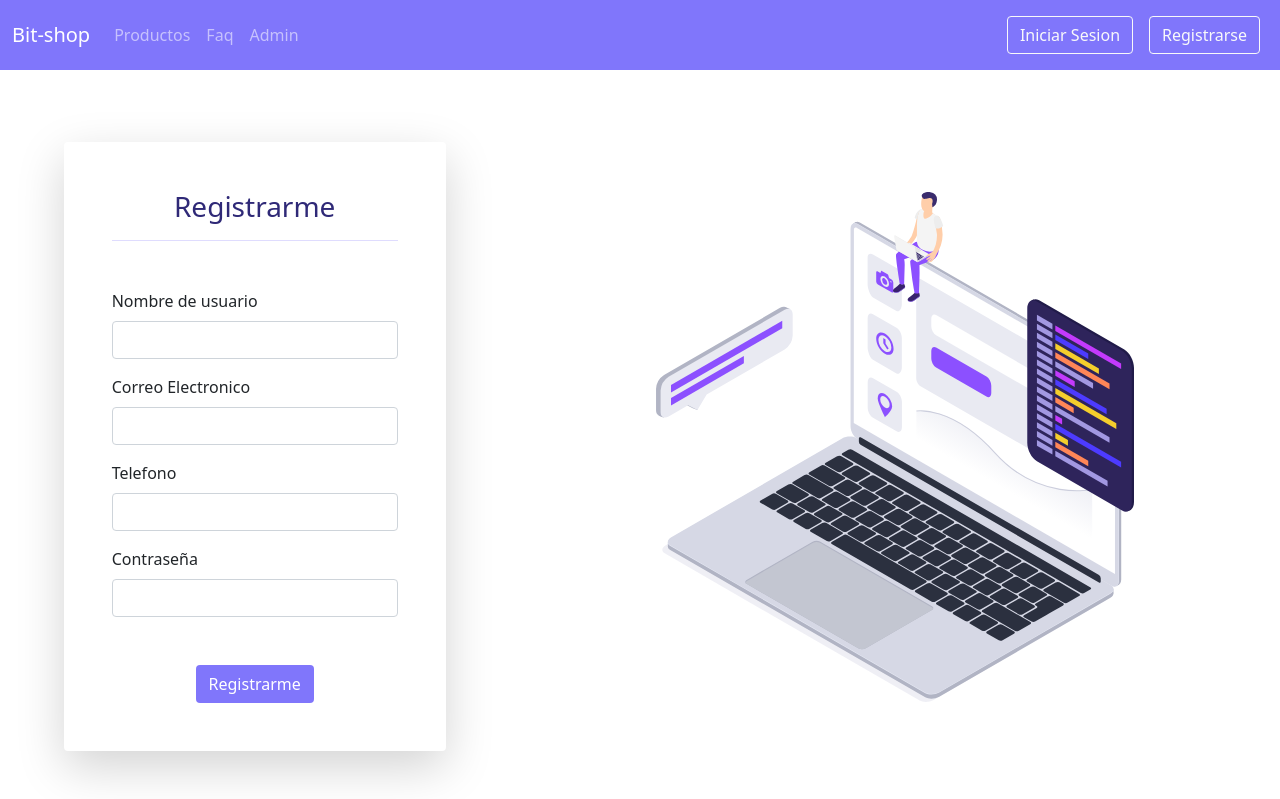
Repository: TzStrikerYT/myClassRoom
Page: /register (app in bit-shop-as/)
The author's editor kept a copy of each file at every save. The page is drawn from the files as they stood at one save, then again after the next save.
The browser window is 1280 px wide. The pictures show the whole page.
The project was rebuilt for these pictures with package versions that can differ from the ones it lists, and the page was loaded fresh each time. Also part of the build but not shown: bit-shop-as/angular.json, bit-shop-as/src/app/components/home/home.component.ts, bit-shop-as/src/app/components/login/login.component.ts, bit-shop-as/src/app/components/page404/page404.component.ts.

Above is the page before, as saved 2022-03-01 19:11:11.

### bit-shop-as/src/index.html
<!doctype html>
<html lang="en">
<head>
  <meta charset="utf-8">
  <title>BitShopAs</title>
  <base href="/">
  <meta name="viewport" content="width=device-width, initial-scale=1">
  <link rel="icon" type="image/x-icon" href="favicon.ico">
</head>
<body>
  <app-root></app-root>
</body>
</html>

### bit-shop-as/src/styles.css
/* You can add global styles to this file, and also import other style files */
.bg-purple-pastel {
    background: #8076fb !important;
}

.bg-purple-dark {
    background: #2f2977 !important;
}

.text-purple-dark {
    color: #2f2977 !important;
}

.text-purple-pastel {
    color: #8076fb !important;
}

### bit-shop-as/src/app/app.module.ts
import { NgModule } from '@angular/core';
import { BrowserModule } from '@angular/platform-browser';
import { FormsModule } from '@angular/forms';
import { HttpClientModule } from '@angular/common/http'

import { AppRoutingModule } from './app-routing.module';
import { AppComponent } from './app.component';
import { LoginComponent } from './components/login/login.component';
import { RegisterComponent } from './components/register/register.component';
import { NavbarComponent } from './components/navbar/navbar.component';
import { HomeComponent } from './components/home/home.component';
import { Page404Component } from './components/page404/page404.component';

@NgModule({
  declarations: [
    AppComponent,
    LoginComponent,
    RegisterComponent,
    NavbarComponent,
    HomeComponent,
    Page404Component
  ],
  imports: [
    BrowserModule,
    AppRoutingModule,
    FormsModule,
    HttpClientModule
  ],
  providers: [],
  bootstrap: [AppComponent]
})
export class AppModule { }

### bit-shop-as/src/environments/environment.ts
// This file can be replaced during build by using the `fileReplacements` array.
// `ng build` replaces `environment.ts` with `environment.prod.ts`.
// The list of file replacements can be found in `angular.json`.

export const environment = {
  production: false,
  API_URL: 'http://localhost:5000/api'
};

/*
 * For easier debugging in development mode, you can import the following file
 * to ignore zone related error stack frames such as `zone.run`, `zoneDelegate.invokeTask`.
 *
 * This import should be commented out in production mode because it will have a negative impact
 * on performance if an error is thrown.
 */
// import 'zone.js/plugins/zone-error';  // Included with Angular CLI.

### bit-shop-as/src/app/app-routing.module.ts
import { NgModule } from '@angular/core';
import { RouterModule, Routes } from '@angular/router';
import { HomeComponent } from './components/home/home.component';
import { LoginComponent } from './components/login/login.component';
import { Page404Component } from './components/page404/page404.component';
import { RegisterComponent } from './components/register/register.component';

const routes: Routes = [
  { path: 'login', component: LoginComponent },
  { path: 'register', component: RegisterComponent },
  { path: 'home', component: HomeComponent },

  { path: '', redirectTo: '/home', pathMatch: 'full'},
  { path: '**', component: Page404Component}
];

@NgModule({
  imports: [RouterModule.forRoot(routes)],
  exports: [RouterModule],
})
export class AppRoutingModule {}

### bit-shop-as/src/app/app.component.ts
import { Component } from '@angular/core';

@Component({
  selector: 'app-root',
  templateUrl: './app.component.html',
  styleUrls: ['./app.component.css']
})
export class AppComponent {
  title = 'bit-shop-as';
}

### bit-shop-as/src/app/components/register/register.component.ts
import { Component, OnInit } from '@angular/core';
import { UserService } from 'src/app/services/userService/user.service';
import { NgForm } from '@angular/forms';

@Component({
  selector: 'app-register',
  templateUrl: './register.component.html',
  styleUrls: ['./register.component.css']
})
export class RegisterComponent implements OnInit {

  constructor(public userService: UserService) { }

  ngOnInit(): void {
  }

  register(form?: any){

    const {name, phone, username, email } = form.value

    if(!name || !phone || !username || !email) return alert("Uno o mas campos estan vacios")

  }

}

### bit-shop-as/src/app/components/navbar/navbar.component.ts
import { Component, OnInit } from '@angular/core';

@Component({
  selector: 'app-navbar',
  templateUrl: './navbar.component.html',
  styleUrls: ['./navbar.component.css']
})
export class NavbarComponent implements OnInit {

  token=false
  user='Michael Cocuy'

  constructor() { }

  ngOnInit(): void {
  }

}

### bit-shop-as/src/app/services/userService/user.service.ts
import { Injectable } from '@angular/core';
import { User } from '../../models/userModel'
import { HttpClient } from '@angular/common/http';
import { environment } from 'src/environments/environment';

@Injectable({
  providedIn: 'root'
})
export class UserService {

  slectedUser: User
  //url_api = 'http://localhost:5000/api/user'
  url_api = `${environment.API_URL}/user`

  constructor(public http: HttpClient) {
    this.slectedUser = new User
  }

  // conexion para login
  /*
  credentials = {
    email: "",
    password: "",
  }
  */

  login(credentials: any){
    return this.http.post(`${this.url_api}/login`, credentials)
  }


}

### bit-shop-as/src/app/components/register/register.component.html
<section class="mt-4">

    <div class="row w-100">
        <div class="col-lg-5 py-5 d-flex align-items-center justify-content-center">

            <div class="p-5 shadow-lg rounded w-75">

                <h3 class="text-purple-dark mb-3 text-center">Registrarme</h3>
                <hr class="mb-5 text-purple-pastel">

                <form #userForm="ngForm">
                  <div class="mb-3">
                    <label for="exampleInputEmail1" class="form-label">Nombre de usuario</label>
                    <input required type="text" class="form-control" name="username" #username="ngModel" [(ngModel)]="userService.slectedUser.username" aria-describedby="emailHelp">
                  </div>
                    <div class="mb-3">
                      <label for="exampleInputEmail1" class="form-label">Correo Electronico</label>
                      <input required type="email" class="form-control" name="email" #email="ngModel" [(ngModel)]="userService.slectedUser.email" aria-describedby="emailHelp">
                    </div>
                    <div class="mb-3">
                      <label for="exampleInputEmail1" class="form-label">Telefono</label>
                      <input required type="number" class="form-control" name="phone" #phone="ngModel" [(ngModel)]="userService.slectedUser.phone" aria-describedby="emailHelp">
                    </div>
                    <div class="mb-3">
                      <label for="exampleInputPassword1" class="form-label">Contraseña</label>
                      <input required type="password" class="form-control"  name="password" #password="ngModel" [(ngModel)]="userService.slectedUser.password">
                    </div>
                    <div class="text-center mt-5">
                        <button type="submit" class="btn bg-purple-pastel text-white text-center" (click)="register(userForm)">Registrarme</button>
                    </div>
                  </form>
            </div>

        </div>

        <div class="col-lg-7 bg-image">

        </div>

    </div>

</section>

### bit-shop-as/src/app/components/register/register.component.css
.bg-image {
    background: url('../../../assets/img/fondo2.svg');
    background-repeat: no-repeat;
    background-size: 64%;
    background-position: center;
}

### bit-shop-as/src/app/components/navbar/navbar.component.html
<nav class="navbar navbar-expand-lg navbar-dark bg-purple-pastel">
  <div class="container-fluid">
    <a class="navbar-brand" href="/home">Bit-shop</a>
    <button
      class="navbar-toggler"
      type="button"
      data-bs-toggle="collapse"
      data-bs-target="#navbarNavAltMarkup"
      aria-controls="navbarNavAltMarkup"
      aria-expanded="false"
      aria-label="Toggle navigation"
    >
      <span class="navbar-toggler-icon"></span>
    </button>
    <div class="collapse navbar-collapse" id="navbarNavAltMarkup">
      <div class="navbar-nav">
        <a class="nav-link" aria-current="page" href="#">Productos</a>
        <a class="nav-link" href="#">Faq</a>
        <a class="nav-link" href="#">Admin</a>
      </div>

      <div class="navbar-nav ms-auto" *ngIf="!token else usserLogged">
        <a class="btn btn-outline-light m-2" href="/login">Iniciar Sesion</a>
        <a class="btn btn-outline-light m-2" href="/register">Registrarse</a>
      </div>

      <ng-template #usserLogged>
        <div class="navbar-nav ms-auto">
            <a class="btn btn-outline-light dropdown-toggle" data-bs-toggle="dropdown" aria-expanded="false">
                {{ user }}
            </a>
              <ul class="dropdown-menu dropdown-menu-end">
                <li><button class="dropdown-item" type="button">Opciones</button></li>
                <li><button class="dropdown-item" type="button">Mis compras</button></li>
                <hr>
                <li><button class="dropdown-item" type="button">Cerrar Sesion</button></li>
              </ul>
          </div>
      </ng-template>

    </div>
  </div>
</nav>

### bit-shop-as/src/app/models/userModel.ts
export class User {
  _id: string;
  email: string;
  password: string;
  phone: string;
  username: string;
  Permissions: any;
  isLogged: boolean;

  constructor(
    _id = '',
    email = '',
    password = '',
    phone = '',
    username = '',
    Permissions = {},
    isLogged = false
  ) {
    this._id = _id;
    this.email = email;
    this.password = password;
    this.phone = phone;
    this.username = username;
    this.Permissions = Permissions;
    this.isLogged = isLogged;
  }
}

Loaded but not shown: bit-shop-as/src/main.ts (common file); bit-shop-as/src/app/app.component.html (common file); bit-shop-as/src/app/app.component.css (no stored copy; drawn as an empty file); bit-shop-as/src/app/components/navbar/navbar.component.css (no stored copy; drawn as an empty file)

After the next save:
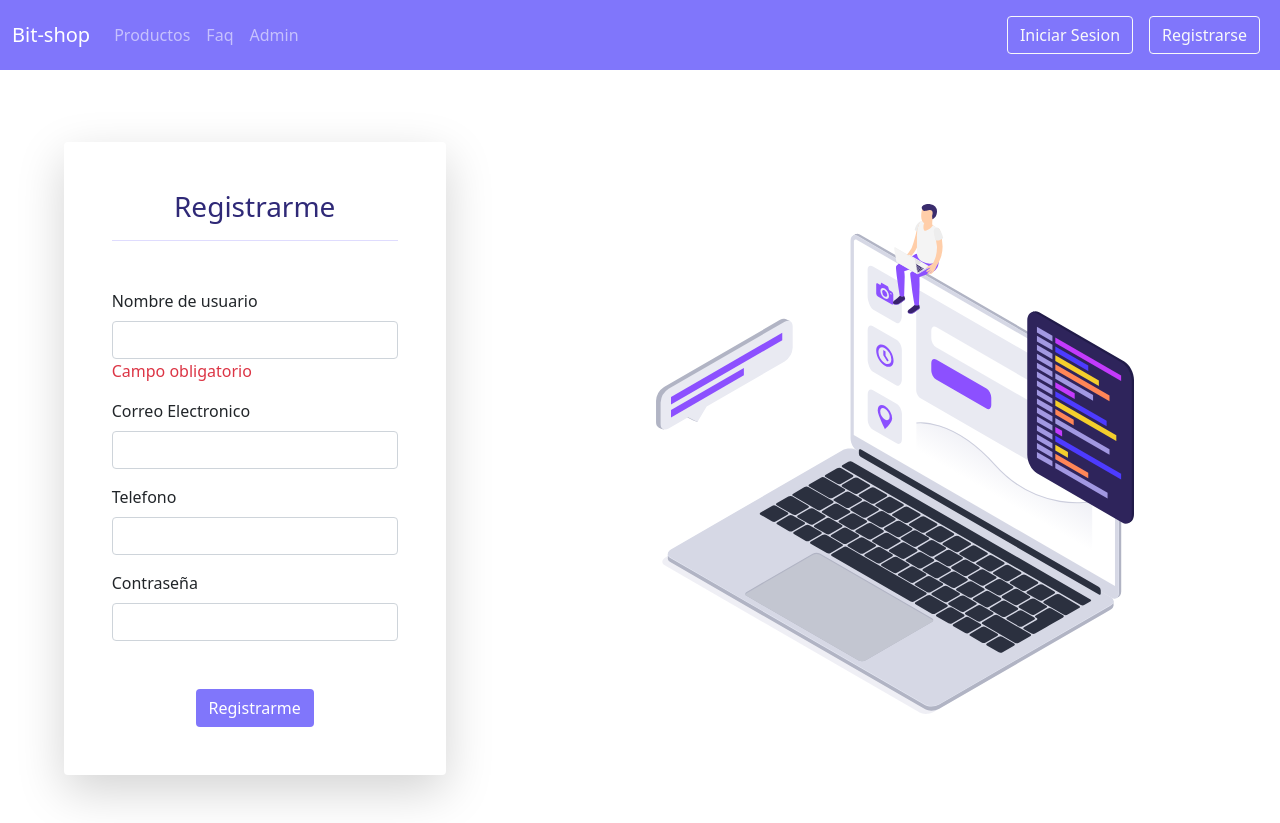
Saved 2 min 22 s later.
--- a/bit-shop-as/src/app/components/register/register.component.html
+++ b/bit-shop-as/src/app/components/register/register.component.html
@@ -11,22 +11,23 @@
                 <form #userForm="ngForm">
                   <div class="mb-3">
                     <label for="exampleInputEmail1" class="form-label">Nombre de usuario</label>
-                    <input required type="text" class="form-control" name="username" #username="ngModel" [(ngModel)]="userService.slectedUser.username" aria-describedby="emailHelp">
+                    <input type="text" class="form-control" name="username" #username="ngModel" [(ngModel)]="userService.slectedUser.username" aria-describedby="emailHelp">
+                    <p *ngIf="!userService.slectedUser.username" class="text-danger">Campo obligatorio</p>
                   </div>
                     <div class="mb-3">
                       <label for="exampleInputEmail1" class="form-label">Correo Electronico</label>
-                      <input required type="email" class="form-control" name="email" #email="ngModel" [(ngModel)]="userService.slectedUser.email" aria-describedby="emailHelp">
+                      <input type="email" class="form-control" name="email" #email="ngModel" [(ngModel)]="userService.slectedUser.email" aria-describedby="emailHelp">
                     </div>
                     <div class="mb-3">
                       <label for="exampleInputEmail1" class="form-label">Telefono</label>
-                      <input required type="number" class="form-control" name="phone" #phone="ngModel" [(ngModel)]="userService.slectedUser.phone" aria-describedby="emailHelp">
+                      <input type="number" class="form-control" name="phone" #phone="ngModel" [(ngModel)]="userService.slectedUser.phone" aria-describedby="emailHelp">
                     </div>
                     <div class="mb-3">
                       <label for="exampleInputPassword1" class="form-label">Contraseña</label>
-                      <input required type="password" class="form-control"  name="password" #password="ngModel" [(ngModel)]="userService.slectedUser.password">
+                      <input type="password" class="form-control"  name="password" #password="ngModel" [(ngModel)]="userService.slectedUser.password">
                     </div>
                     <div class="text-center mt-5">
-                        <button type="submit" class="btn bg-purple-pastel text-white text-center" (click)="register(userForm)">Registrarme</button>
+                        <a class="btn bg-purple-pastel text-white text-center" (click)="register(userForm)">Registrarme</a>
                     </div>
                   </form>
             </div>
